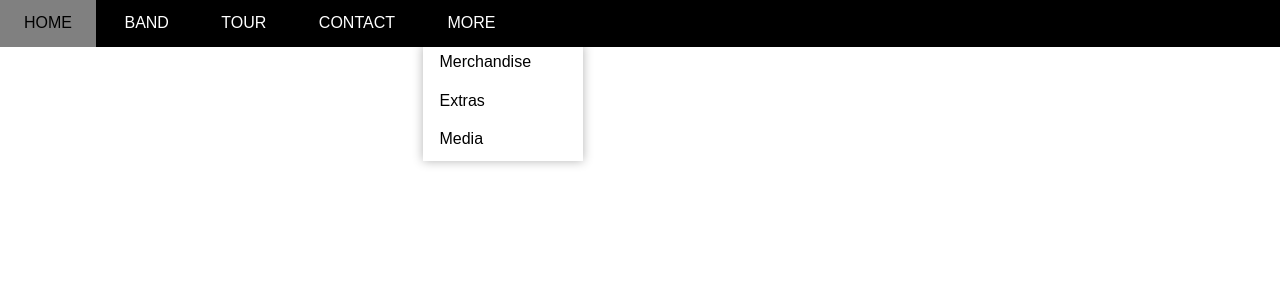
Repository: ngotranphuongbao/theband
Page: index.html
The author's editor kept a copy of each file at every save. The page is drawn from the files as they stood at one save, then again after the next save.
The browser window is 1280 px wide. The pictures show the whole page.
Some web libraries are served in a nearby version.

Above is the page before, as saved 2022-12-21 18:34:52.

After the next save:
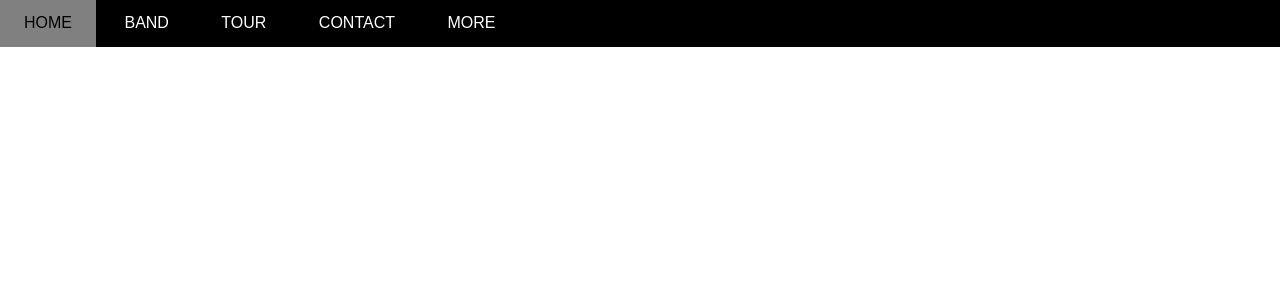
Saved 51 s later.
--- a/assets/css/style.css
+++ b/assets/css/style.css
@@ -39,7 +39,7 @@ html {
 }
 
 #subnav {
-    /* display: none; */
+    display: none;
     position: absolute;
     top: 45px;
     left: 0px;
@@ -57,6 +57,10 @@ html {
     background-color: grey;
 }
 
+#nav > li:hover > #subnav {
+    display: block;
+}
+
 #subnav > li > a {
     text-decoration: none;
     color: black;
